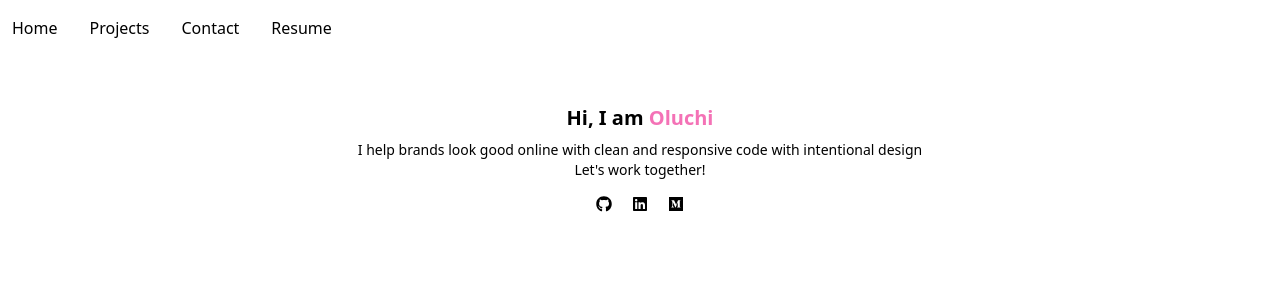
Repository: ooluchi/portfolio_
Page: / (app in my-react-app/)
The author's editor kept a copy of each file at every save. The page is drawn from the files as they stood at one save, then again after the next save.
The browser window is 1280 px wide. The pictures show the whole page.
The project was rebuilt for these pictures with package versions that can differ from the ones it lists, and the page was loaded fresh each time. Also part of the build but not shown: my-react-app/vite.config.ts.

Above is the page before, as saved 2025-11-20 12:29:05.

After the next save:
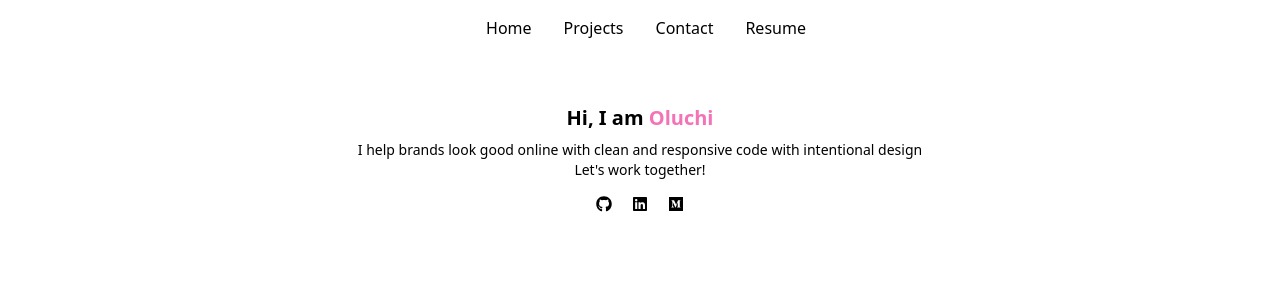
Saved 12 s later.
--- a/my-react-app/src/components/NavBar.tsx
+++ b/my-react-app/src/components/NavBar.tsx
@@ -17,7 +17,7 @@
 
           </div>
           <div className="">
-            <ul className={`flex flex-row align-center gap-8 ml-3 lg:static`}>
+            <ul className={`flex flex-row justify-center gap-8 ml-3 lg:static`}>
               <li className=""><a href="#">Home</a></li>
               <li className=""><a href="#">Projects</a></li>
               <li className=""><a href="#">Contact</a></li>

After the 4 saves that followed:
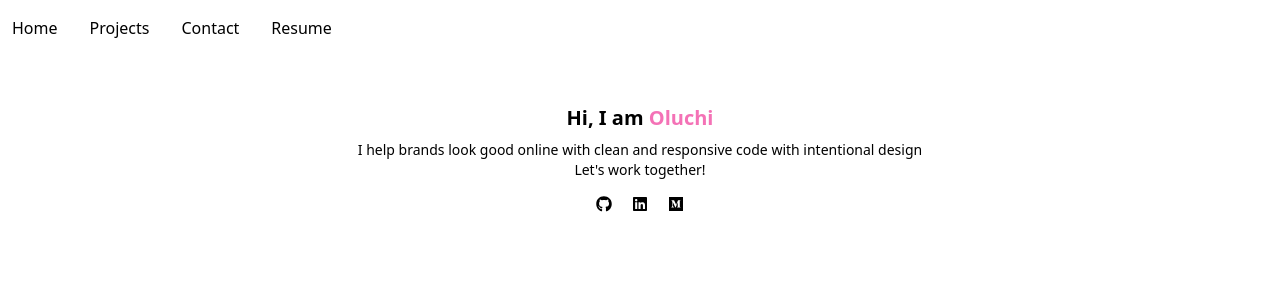
The 4 saves are shown as one change because 1 left the picture as it was and some came seconds apart.
The last was saved 23 s later.
--- a/my-react-app/src/components/NavBar.tsx
+++ b/my-react-app/src/components/NavBar.tsx
@@ -17,7 +17,7 @@
 
           </div>
           <div className="">
-            <ul className={`flex flex-row justify-center gap-8 ml-3 lg:static`}>
+            <ul className={`flex flex-row ml-30 gap-8 ml-3`}>
               <li className=""><a href="#">Home</a></li>
               <li className=""><a href="#">Projects</a></li>
               <li className=""><a href="#">Contact</a></li>
